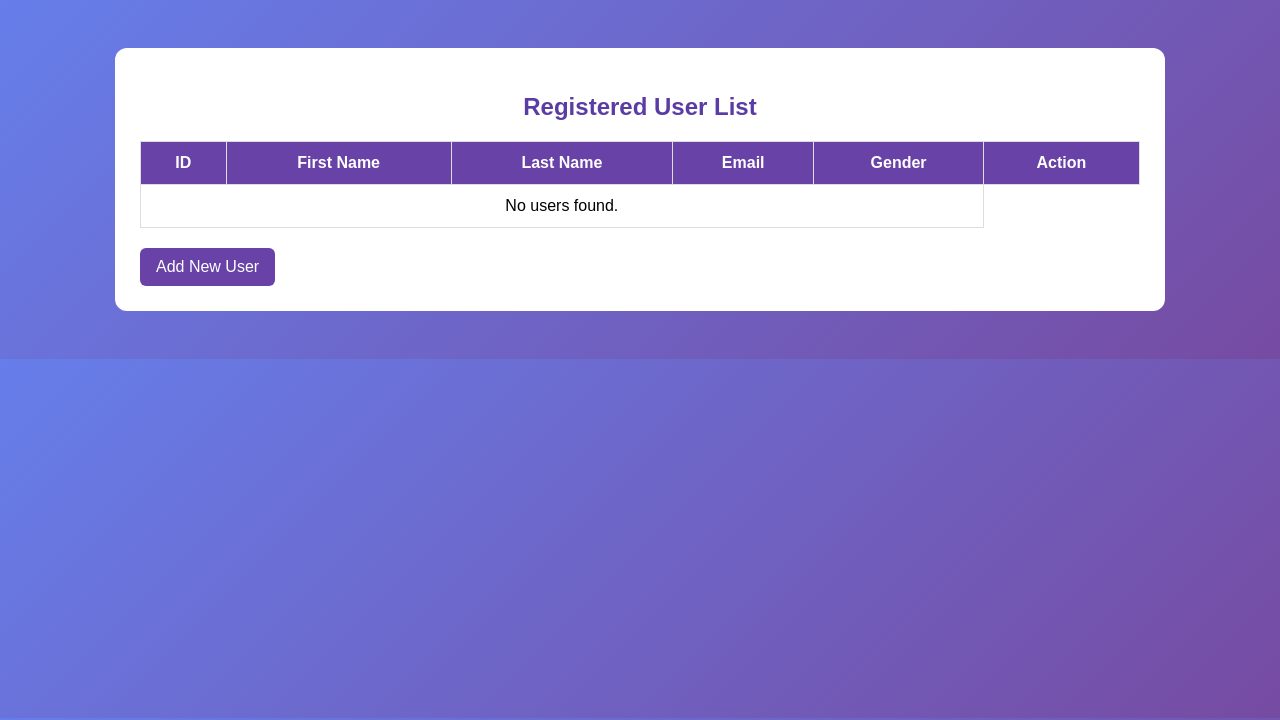
Repository: vishal-developer1/spring-boot-learning
Page: http://localhost/02_MVC_JSP/pages/all-users.jsp
An editor plug-in stored every save of this project. The page is shown before and after the next save, followed by the edit.
The browser window is 1280 px wide. The pictures show the whole page.
The page is served by Tomcat 9.

Above is the page before, as saved 2026-10-20 10:49:38.

After the next save:
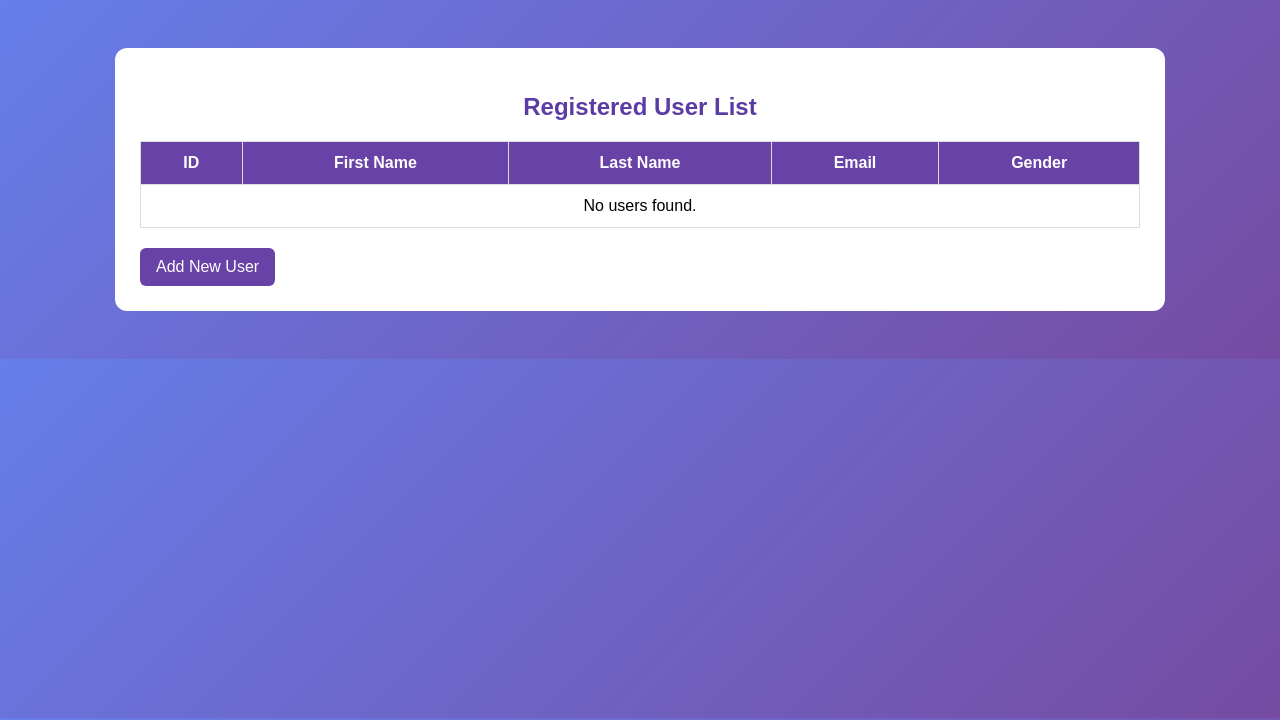
Saved 21 s later.
--- a/02_MVC_JSP/src/main/webapp/pages/all-users.jsp
+++ b/02_MVC_JSP/src/main/webapp/pages/all-users.jsp
@@ -74,7 +74,6 @@ a {
 					<th>Last Name</th>
 					<th>Email</th>
 					<th>Gender</th>
-					<th>Action</th>
 				</tr>
 			</thead>
 
@@ -86,7 +85,6 @@ a {
 						<td><c:out value="${user.lastName}" /></td>
 						<td><c:out value="${user.mail}" /></td>
 						<td><c:out value="${user.gender}" /></td>
-						<td><ahref="${pageContext.request.contextPath}/delete-user/${user.id}"onclick="return confirm('Are you sure you want to delete this user?');">Delete </a></td>
 					</tr>
 				</c:forEach>
 
